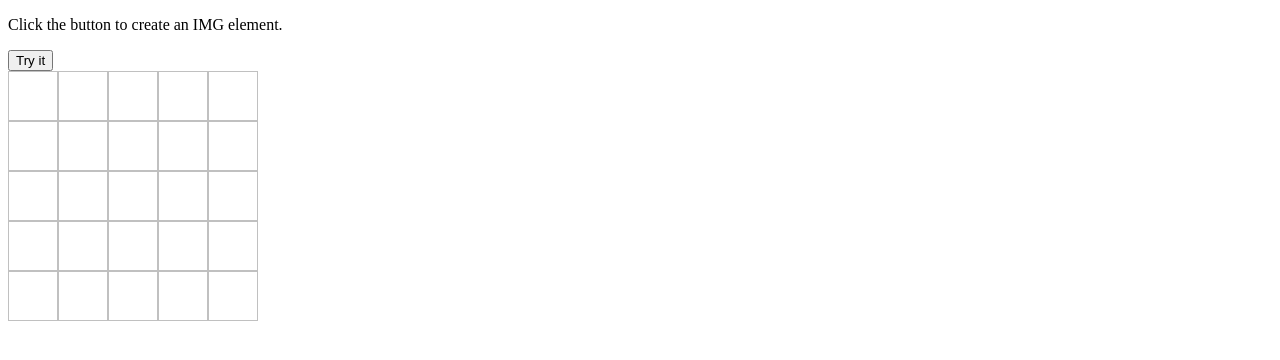
Repository: rashmikagamage/puzzle-vanila-js
Page: index.html
The author's editor kept a copy of each file at every save. The page is drawn from the files as they stood at one save, then again after the next save.
The browser window is 1280 px wide. The pictures show the whole page.
After loading, the first visible `button` was clicked once.

Above is the page before, as saved 2020-08-05 19:17:48.

### index.html
<!DOCTYPE html>
<html>

<head>
    <link rel="stylesheet" type="text/css" href="./style.css">
</head>

<body>

    <p>Click the button to create an IMG element.</p>

    <button onclick="myFunction(5)">Try it</button>
    <div class="gridContainer" id="imgContainer"></div>
    <script src="./function.js">
    </script>

</body>

</html>

### style.css
.gridContainer {
    display: grid;
}

### function.js
function myFunction(num) {
    let grid = "";
    for (let i = 0; i < num; i++) {
        grid = grid + "50px "
    }

    document.getElementById("imgContainer").style.gridTemplateColumns = grid;

    for (let i = 0; i < num * num; i++) {
        var x = document.createElement("IMG");
        // x.setAttribute("src", "./angle-brand-material-yellow-email.jpg");
        //x.style.position = "absolute"
        x.style.width = '50px';
        x.style.height = '50px';
        x.innerHTML = `${i}`;
        x.style.clip = "rect(0px 15px 25px 0px)"
        x.id = "img" + i;
        document.getElementById("imgContainer").appendChild(x);
    }
}

console.log()

After the next save:
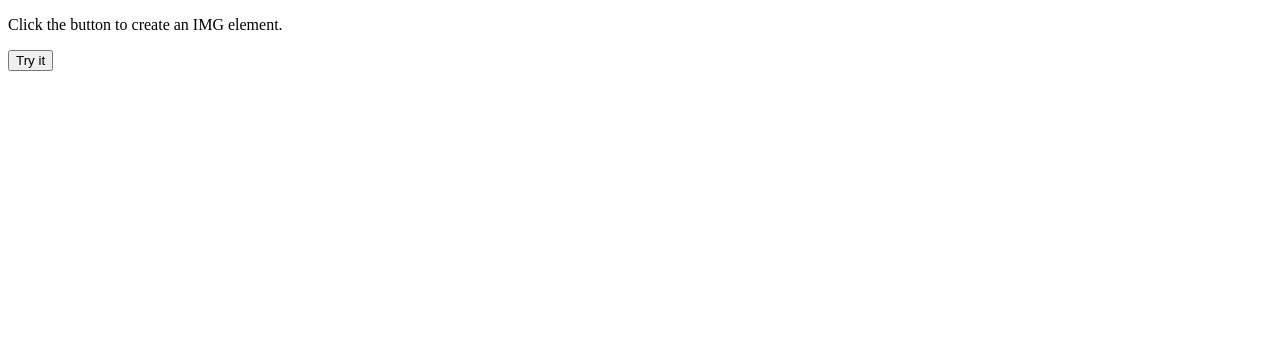
Console error: TypeError: Cannot set properties of null (setting 'innerHTML')
Saved 41 s later.
--- a/function.js
+++ b/function.js
@@ -12,9 +12,10 @@
         //x.style.position = "absolute"
         x.style.width = '50px';
         x.style.height = '50px';
-        x.innerHTML = `${i}`;
+        x.id = "img" + i;
+        document.getElementById("img" + i).innerHTML = "Paragraph changed!";
         x.style.clip = "rect(0px 15px 25px 0px)"
-        x.id = "img" + i;
+
         document.getElementById("imgContainer").appendChild(x);
     }
 }

After the 5 saves that followed:
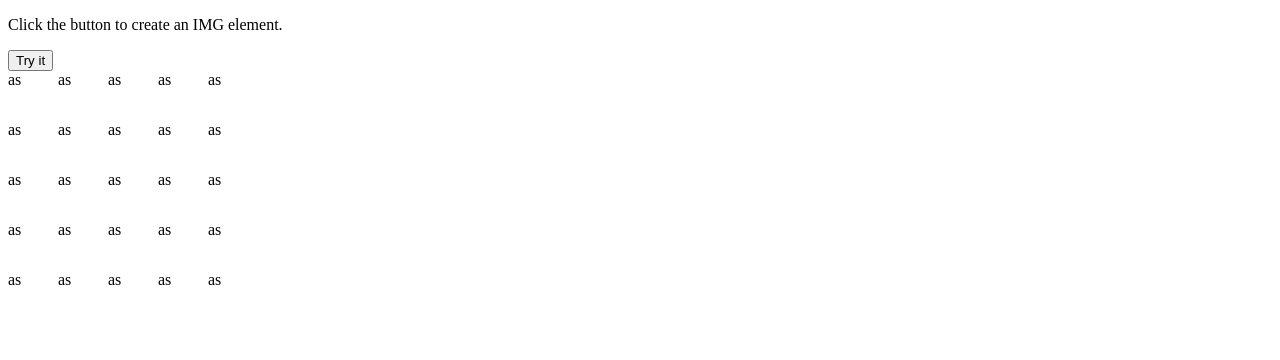
The error is gone.
The 5 saves are shown as one change because 4 left the picture as it was.
The last was saved 98 s later.
--- a/function.js
+++ b/function.js
@@ -7,13 +7,13 @@
     document.getElementById("imgContainer").style.gridTemplateColumns = grid;
 
     for (let i = 0; i < num * num; i++) {
-        var x = document.createElement("IMG");
+        var x = document.createElement("div");
         // x.setAttribute("src", "./angle-brand-material-yellow-email.jpg");
         //x.style.position = "absolute"
         x.style.width = '50px';
         x.style.height = '50px';
         x.id = "img" + i;
-        document.getElementById("img" + i).innerHTML = "Paragraph changed!";
+        x.innerHTML = "as"
         x.style.clip = "rect(0px 15px 25px 0px)"
 
         document.getElementById("imgContainer").appendChild(x);
